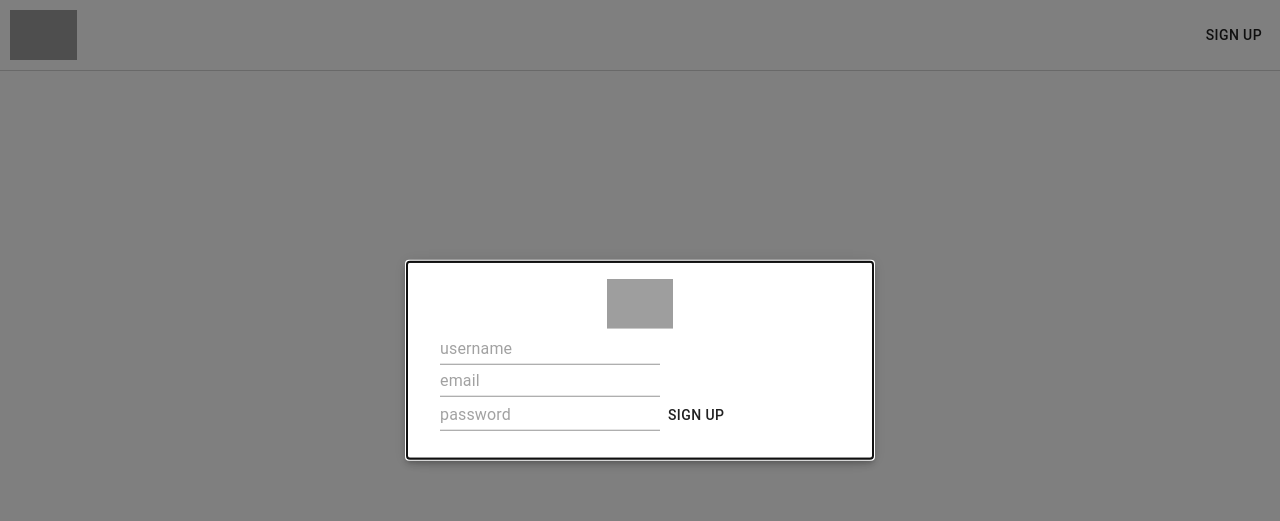
Repository: shiv0403/React-PostEmbed
Page: /, after clicking the first element matching `button.MuiButtonBase-root`
The author's editor kept a copy of each file at every save. The page is drawn from the files as they stood at one save, then again after the next save.
The browser window is 1280 px wide. The pictures show the whole page.
Pictures or frames that could not be fetched are drawn as grey boxes. The page's requests for data from a server got no answer. The project was rebuilt for these pictures with package versions that can differ from the ones it lists, and the page was loaded fresh each time. No one was signed in, and anything a server would have sent is missing. Also part of the build but not shown: src/Post.css, src/Post.js.

Above is the page before, as saved 2021-01-07 18:35:45.

After the next save:
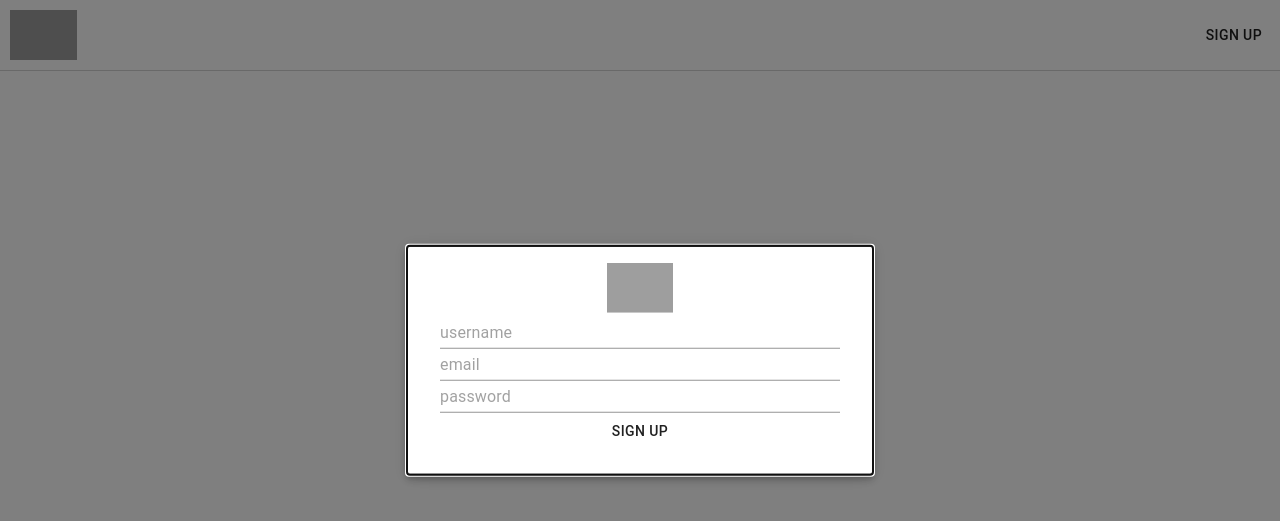
Saved 21 s later.
--- a/src/App.css
+++ b/src/App.css
@@ -21,3 +21,8 @@
   height: 50px;
   cursor: pointer;
 }
+
+.app_signup {
+  display: flex;
+  flex-direction: column;
+}
